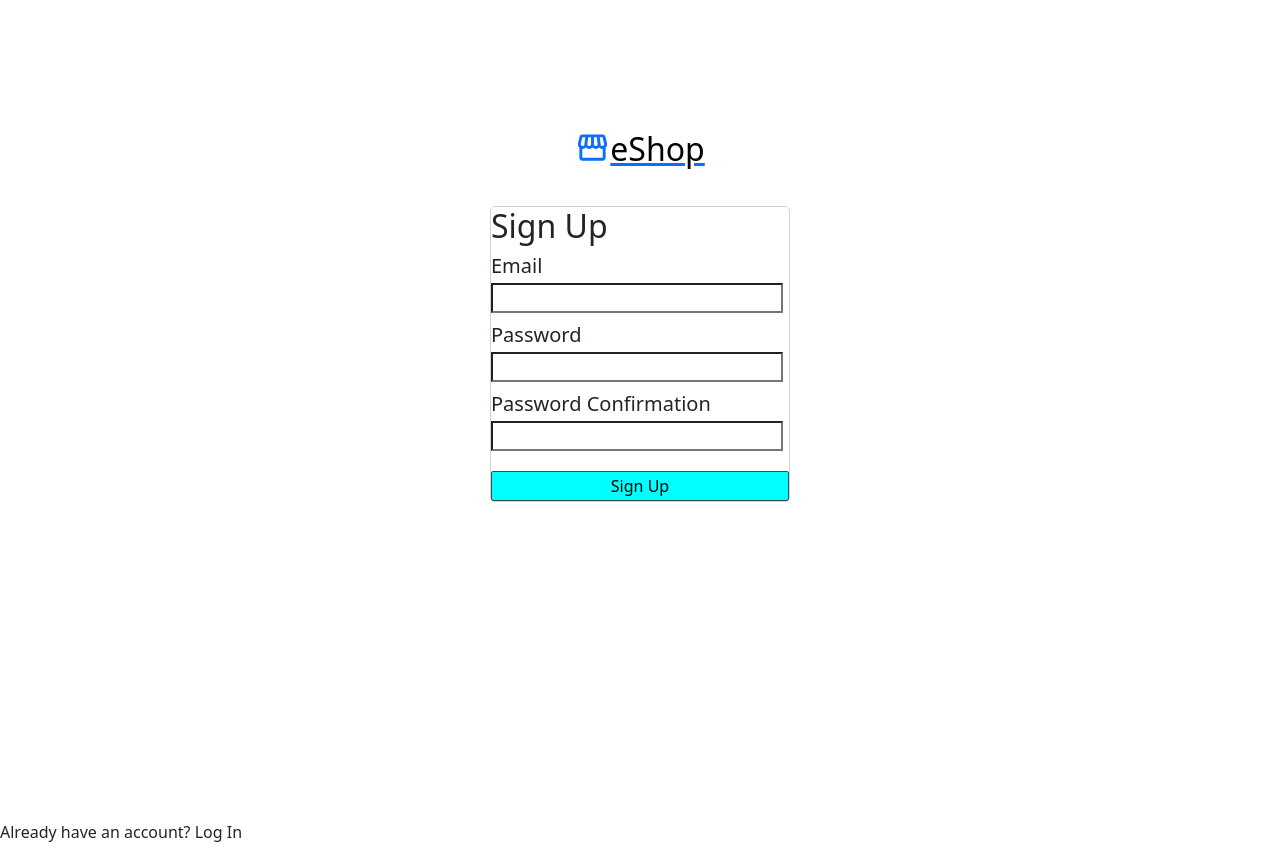
Repository: carinvid/reach-eshop
Page: /signup
The author's editor kept a copy of each file at every save. The page is drawn from the files as they stood at one save, then again after the next save.
The browser window is 1280 px wide. The pictures show the whole page.
The page's requests for data from a server got no answer. The project was rebuilt for these pictures with package versions that can differ from the ones it lists, and the page was loaded fresh each time. No one was signed in, and anything a server would have sent is missing. Also part of the build but not shown: src/Header.css, src/Header.js, src/Home.css, src/Product.css, src/Product.js, src/Home.js, src/Checkout.css, src/CheckoutProduct.css and 6 more.

Above is the page before, as saved 2022-04-06 16:14:45.

After the next save:
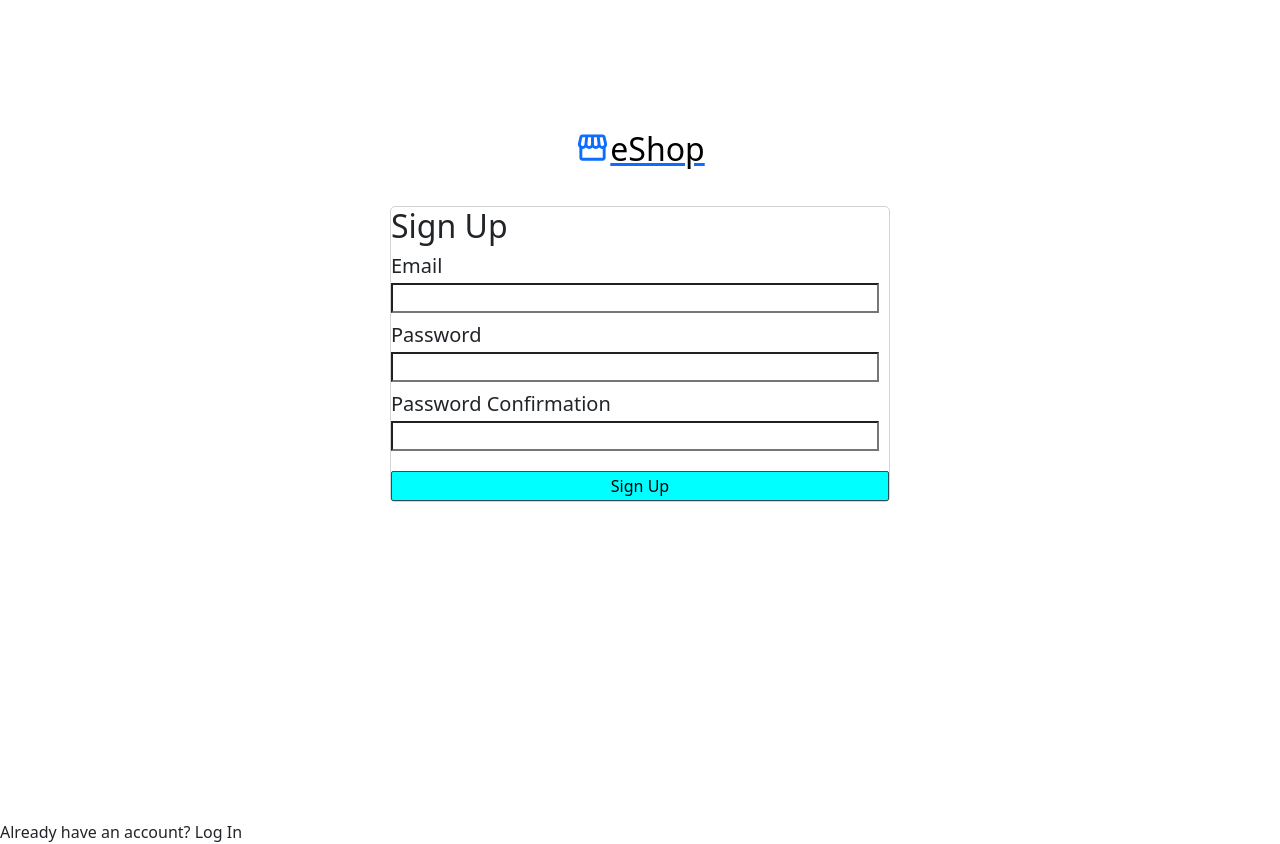
Saved 52 s later.
--- a/src/Signup.css
+++ b/src/Signup.css
@@ -21,7 +21,7 @@
 }
 
 .signup-container {
-    width: 300px;
+    width: 500px;
     height: fit-content;
     display: flex;
     flex-direction: column;
